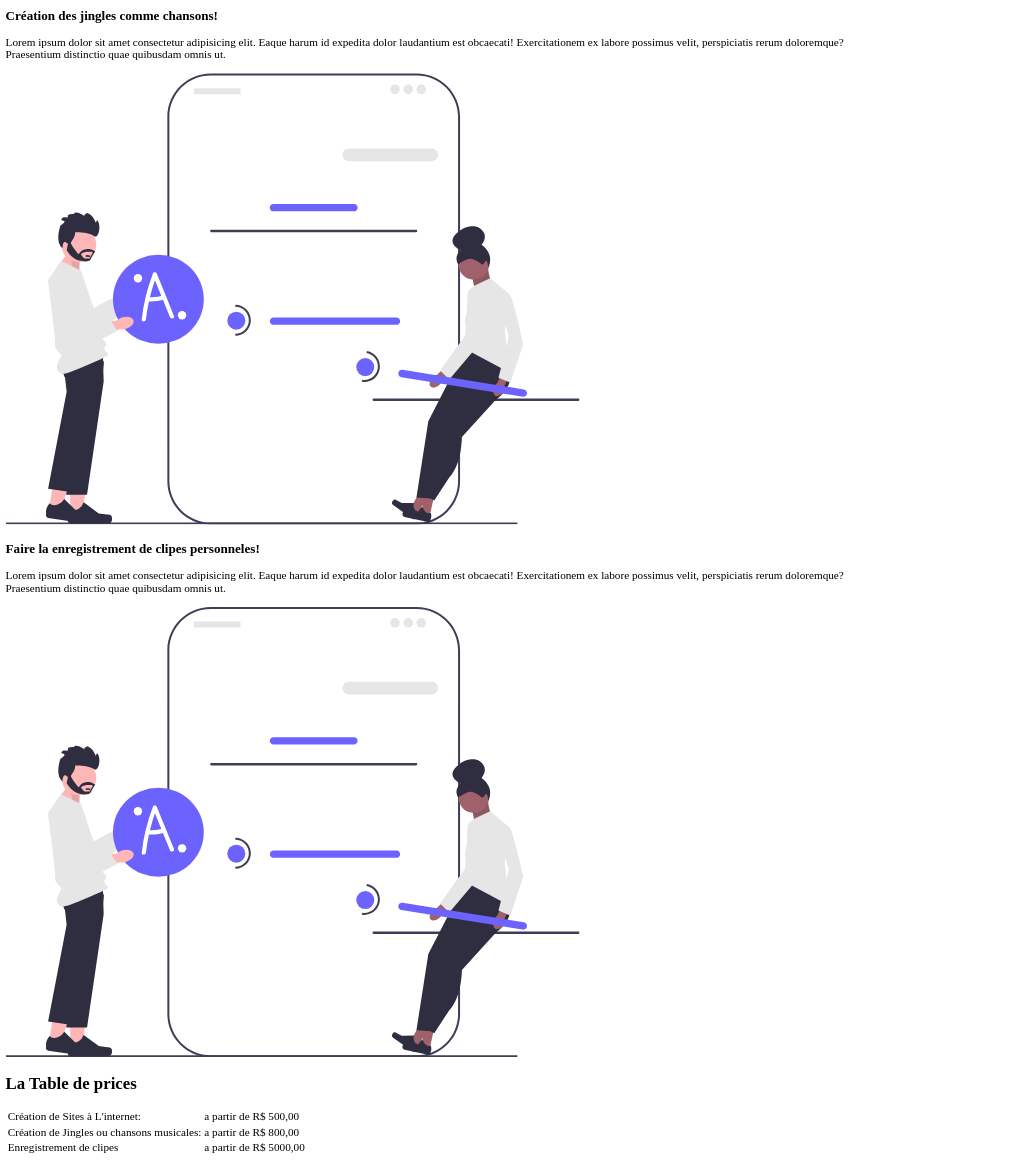
Repository: MarcioFreitasUFSC21/Proejct00
Page: ExampleSite/Assets/index2.html
The author's editor kept a copy of each file at every save. The page is drawn from the files as they stood at one save, then again after a run of saves.
The browser window is 1280 px wide. The page is 1464 px wide, so the pictures cover 1464 px, including what lies to the right of the window. The pictures show the part of the page from y = 1898 to 3578 px (the page is 3558 px tall before and 3578 px after), at 70% of full size.

Above is the page before, as saved 2023-03-18 17:59:58.

After the next 4 saves:
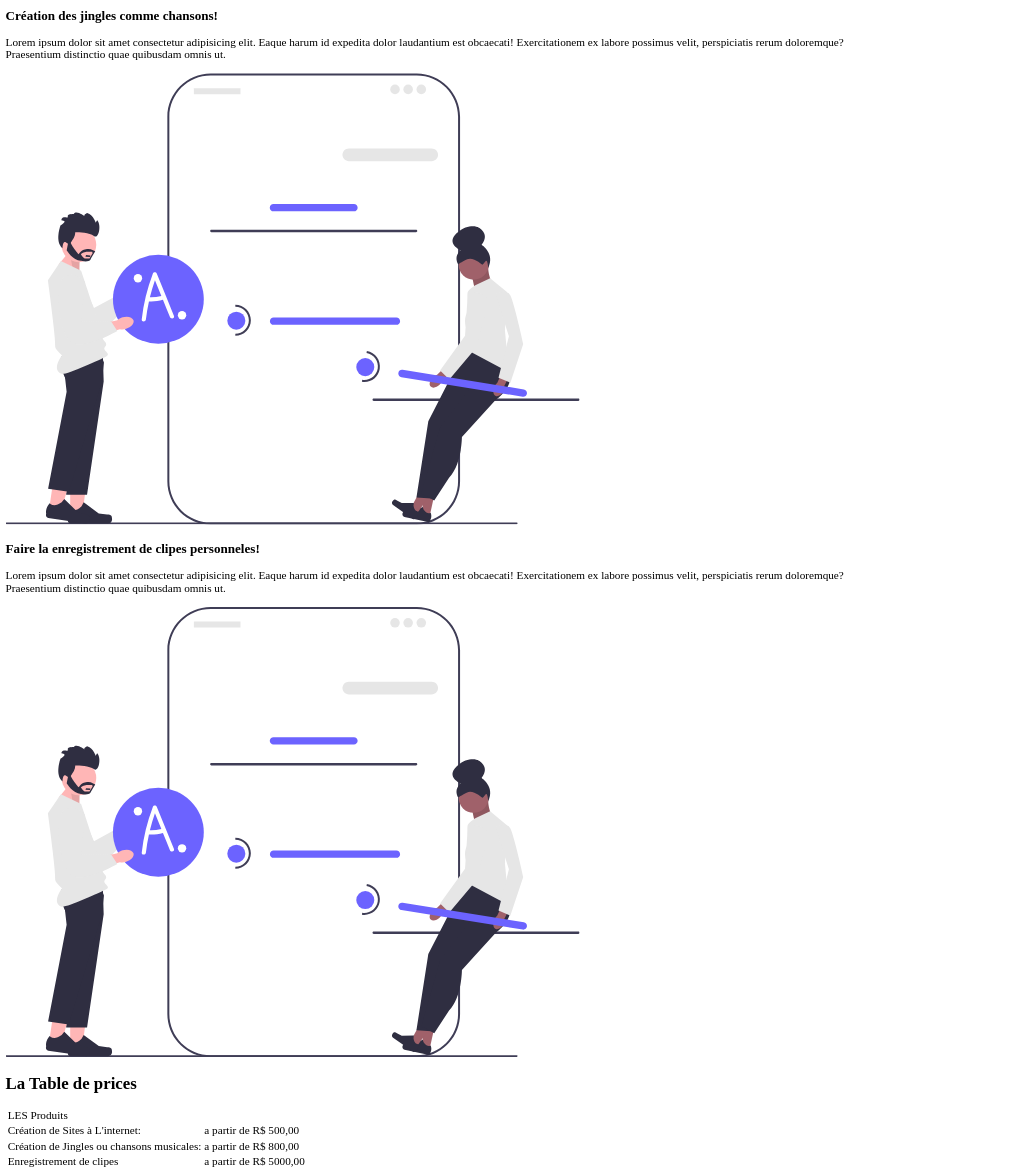
The 4 saves are shown as one change because they came seconds apart.
The last was saved 11 s later.
--- a/ExampleSite/Assets/index2.html
+++ b/ExampleSite/Assets/index2.html
@@ -65,7 +65,7 @@
             <table>
                 <thead>
                     <tr>
-
+                        <td> LES Produits</td>
                     </tr>
                 </thead>
                 <tbody>
